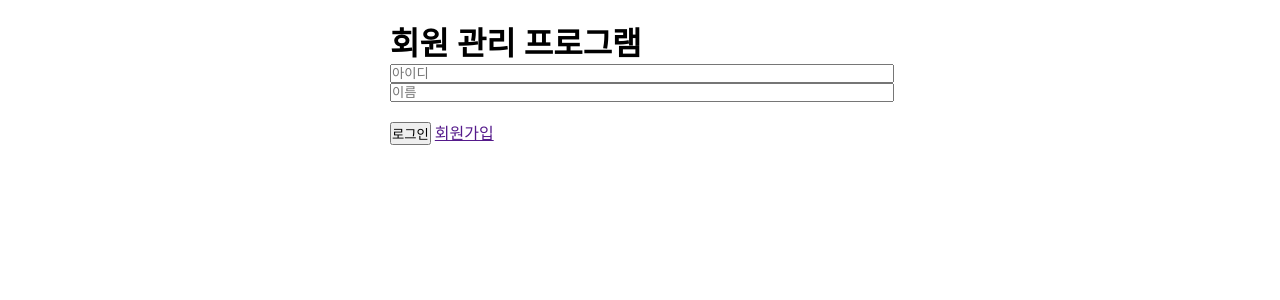
Repository: soeun1365/ServerProgram1
Page: http://localhost/ServerProgram1/login.jsp
An editor plug-in stored every save of this project. The page is shown before and after the next save, followed by the edit.
The browser window is 1280 px wide. The pictures show the whole page.
The page is served by Tomcat 9.

Above is the page before, as saved 2021-06-14 06:29:18.

After the next save:
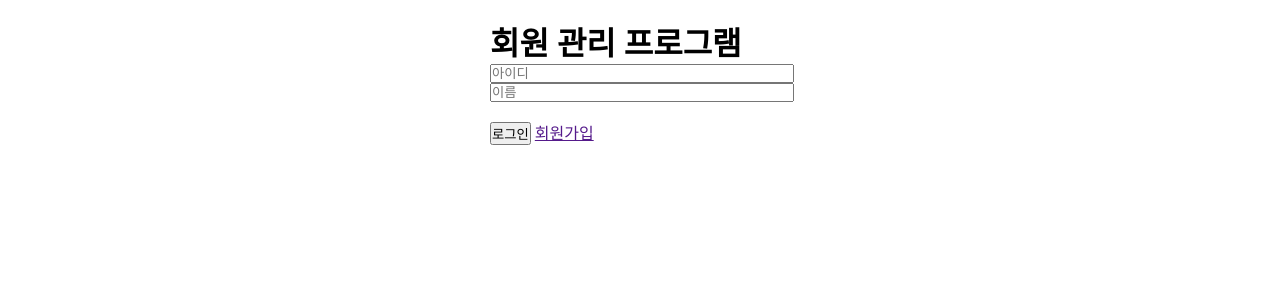
Saved 4 s later.
--- a/ServerProgram1/WebContent/login.jsp
+++ b/ServerProgram1/WebContent/login.jsp
@@ -11,7 +11,7 @@
 			margin: 0 auto;
 		}
 		form, input{
-			width: 500px;
+			width: 300px;
 		}
 	</style>
 </head>
